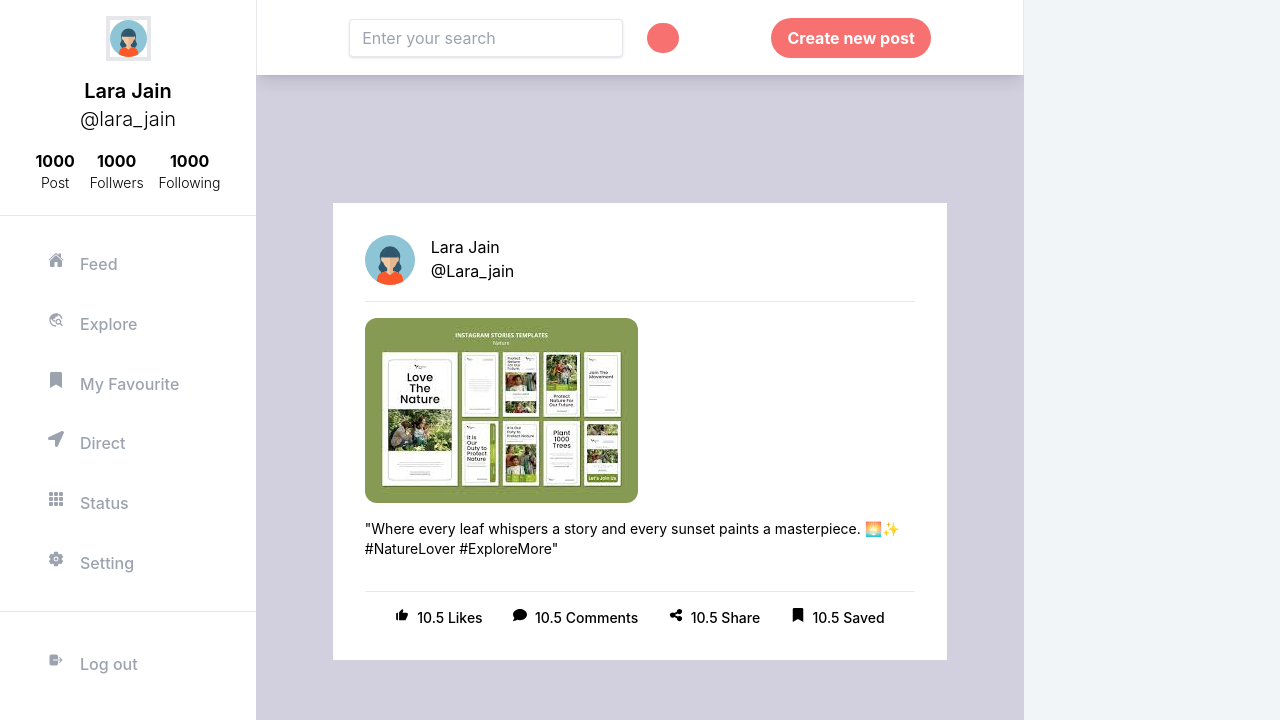
Repository: cosmicswati/upgrad-captions-project
Page: /account/signin
An editor plug-in stored every save of this project. The page is shown before and after the next save, followed by the edit.
The browser window is 1280 px wide. The pictures show the whole page.
An inner scrolling area shows only its first screen. The project was rebuilt for these pictures with package versions that can differ from the ones it lists, and the page was loaded fresh each time. Also part of the build but not shown: src/modules/Authorization/Form.jsx, src/modules/Authorization/index.js.

Above is the page before, as saved 2024-04-12 12:36:57.

After the next save:
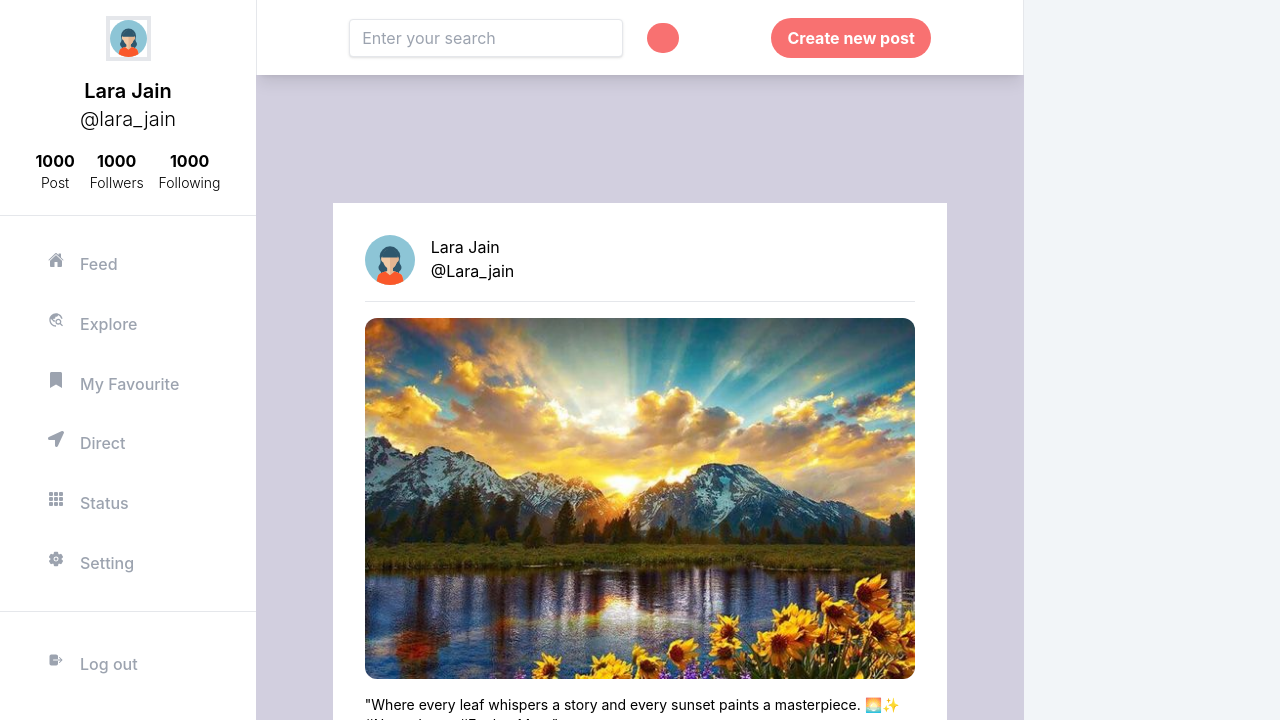
Saved 29 s later.
--- a/src/modules/Home/index.js
+++ b/src/modules/Home/index.js
@@ -2,7 +2,7 @@ import React from 'react'
 import { ReactComponent as Avatar} from '../../assets/Avatar.svg'
 import Input from '../../components/Input'
 import Button from '../../components/Button'
-import postImg2 from '../../assets/postImg2.jpeg'
+import postImg2 from '../../assets/postImg2.jpg'
 import { IoHome } from "react-icons/io5";
 import { MdOutlineTravelExplore } from "react-icons/md";
 import { FaBookmark } from "react-icons/fa";
